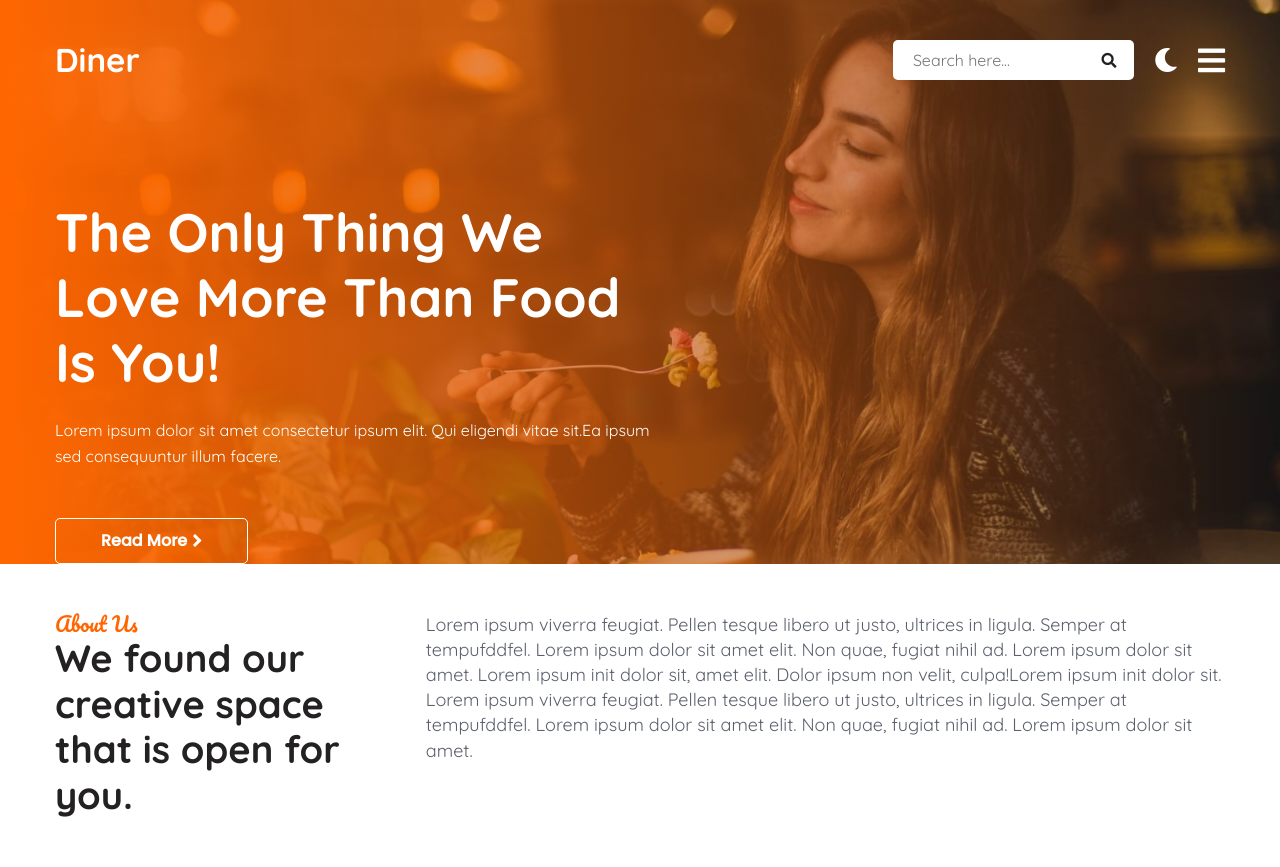
Repository: baobaodeveloper/bootscap21_project_AnhBao_VietToan_VietDuc
Page: index.html
An editor plug-in stored every save of this project. The page is shown before and after the next save, followed by the edit.
The browser window is 1280 px wide. The pictures show the whole page.
Backgrounds fixed to the window are drawn as part of the page.

Above is the page before, as saved 2022-03-03 09:17:29.

### index.html
<!DOCTYPE html>
<html lang="en">
  <head>
    <meta charset="UTF-8" />
    <meta http-equiv="X-UA-Compatible" content="IE=edge" />
    <meta name="viewport" content="width=device-width, initial-scale=1.0" />

    <!-- fontawesome link cdn -->
    <link
      rel="stylesheet"
      href="https://cdnjs.cloudflare.com/ajax/libs/font-awesome/5.15.4/css/all.min.css"
      integrity="sha512-1ycn6IcaQQ40/MKBW2W4Rhis/DbILU74C1vSrLJxCq57o941Ym01SwNsOMqvEBFlcgUa6xLiPY/NS5R+E6ztJQ=="
      crossorigin="anonymous"
      referrerpolicy="no-referrer"
    />

    <!-- font -->
    <link rel="preconnect" href="https://fonts.googleapis.com" />
    <link rel="preconnect" href="https://fonts.gstatic.com" crossorigin />
    <link
      href="https://fonts.googleapis.com/css2?family=Pacifico&family=Poppins:wght@300;400;500&family=Quicksand:wght@300;400;500;600;700&display=swap"
      rel="stylesheet"
    />

    <link rel="stylesheet" href="style.css" />
    <title>Diner</title>
  </head>
  <body>
    <header class="header">
      <div class="header__wrapper container">
        <div class="header__top">
          <a class="header__logo" href="#">Diner</a>

          <div class="header__navbar">
            <form class="navbar__search">
              <input type="search" placeholder="Search here..." id="search" />
              <label for="search" class="fas fa-search"></label>
            </form>

            <div class="mode__container">
              <i class="fas fa-sun" id="dark"></i>
              <i class="fas fa-moon" id="light"></i>
            </div>

            <div class="fa fa-bars" id="menu-button"></div>
          </div>

          <nav class="navbar__list">
            <i class="fas fa-times" id="close-button"></i>
            <a href="#">home</a>
            <a href="#">about</a>
            <a href="#">services</a>
            <a href="#">blogs</a>
            <a href="#">404</a>
            <a href="#">landing page</a>
            <a href="#">contact</a>
            <a href="#">shot codes</a>
            <a href="#">email</a>
          </nav>
        </div>

        <div class="header__content">
          <h2>the only thing we love more than food is you!</h2>
          <p>
            Lorem ipsum dolor sit amet consectetur ipsum elit. Qui eligendi
            vitae sit.Ea ipsum sed consequuntur illum facere.
          </p>
          <a href="#" class="btn"
            >read more <i class="fas fa-angle-right"></i
          ></a>
        </div>
      </div>
    </header>

    <section class="about container pad-med">
      <div class="heading">
        <span>about us</span>
        <h3>We found our creative space that is open for you.</h3>
      </div>

      <div class="text">
        <p>
          Lorem ipsum viverra feugiat. Pellen tesque libero ut justo, ultrices
          in ligula. Semper at tempufddfel. Lorem ipsum dolor sit amet elit. Non
          quae, fugiat nihil ad. Lorem ipsum dolor sit amet. Lorem ipsum init
          dolor sit, amet elit. Dolor ipsum non velit, culpa!Lorem ipsum init
          dolor sit.
        </p>

        <p>
          Lorem ipsum viverra feugiat. Pellen tesque libero ut justo, ultrices
          in ligula. Semper at tempufddfel. Lorem ipsum dolor sit amet elit. Non
          quae, fugiat nihil ad. Lorem ipsum dolor sit amet.
        </p>
      </div>
    </section>

    <script src="app.js"></script>
  </body>
</html>

### style.css
* {
  padding: 0;
  margin: 0;
  box-sizing: border-box;
}

:root {
  --primary-font: "Quicksand", sans-serif;
  --secondary-font: "Pacifico", cursive;
  --third-font: "Poppins", sans-serif;
  --primary-color: #ff6600;
  --title-color: #232121;
  --white-color: #fff;
  --text-color: #161c2db3;
  --price-color: #ffc600;
}

img {
  display: block;
  max-width: 100%;
}

button,
input {
  display: inline-block;
  border: none;

  font-family: var(--primary-font);
  font-size: 1.6rem;

  outline: none;
}

a {
  display: inline-block;
  text-decoration: none;
}

html {
  font-size: 62.5%;
}

.container {
  max-width: 1200px;
  margin: 0 auto;
  padding: 0 1.5rem;
}

body {
  color: var(--title-color);

  font-family: var(--primary-font);
  font-size: 1.8rem;
  line-height: 1.2;
}

.pad-med {
  padding-top: 4.8rem;
  padding-bottom: 4.8rem;
}

.heading span {
  color: var(--primary-color);

  font-family: var(--secondary-font);
  font-size: 2rem;
  text-transform: capitalize;
}

.heading h3 {
  font-size: 3.8rem;
}

.text {
  color: var(--text-color);

  font-size: 1.8rem;
  line-height: 1.4;
}

.btn {
  display: inline-flex;
  align-items: center;
  padding: 1.2rem 4.5rem;
  border-radius: 0.5rem;
  border: 1.5px solid var(--white-color);

  color: var(--white-color);
  background-color: transparent;

  font-family: var(--third-font);
  font-size: 1.6rem;
  text-transform: capitalize;
  font-weight: bold;

  transition: 0.4s linear;
}

.btn i {
  display: inline-block;
  margin-left: 0.5rem;

  font-size: 2rem;
}

.btn:hover {
  background-color: var(--white-color);
  color: var(--primary-color);
}

/* header section starts */
#dark {
  display: none;
}

.header {
  background-image: linear-gradient(to right, #ff6600, hsl(30deg 100% 1% / 20%)),
    url(./image/banner1.jpg);

  background-size: cover;
  background-repeat: no-repeat;
  background-attachment: fixed;

  min-height: 70vh;
}

.header__top {
  display: flex;
  justify-content: space-between;
  padding-top: 4rem;
  padding-bottom: 2rem;
}

.header__logo {
  color: var(--white-color);

  font-size: 3.3rem;
  font-weight: bold;
}

.navbar__search {
  position: relative;
}

.navbar__search input {
  padding: 1rem 5rem 1rem 2rem;

  border-radius: 0.5rem;

  color: var(--text-color);
}

.navbar__search label {
  position: absolute;
  top: 50%;
  right: 2.5rem;

  transform: translate(50%, -50%);

  font-size: 1.5rem;

  cursor: pointer;
}

.header__navbar {
  display: flex;
  justify-content: space-between;
  align-items: center;
  gap: 2rem;
}

.mode__container,
#menu-button {
  color: var(--white-color);

  cursor: pointer;
}

.mode__container {
  font-size: 2.4rem;
}

#menu-button {
  font-size: 3.1rem;
}

.header__content {
  max-width: 60rem;
  margin-top: 10rem;

  color: var(--white-color);
}

.header__content h2 {
  font-size: 5.4rem;

  text-transform: capitalize;
}

.header__content p {
  margin: 2.4rem 0 4.8rem;

  font-size: 1.6rem;
  line-height: 1.6;
}

.navbar__list {
  position: fixed;
  top: 0;
  left: 0;
  width: 100vw;
  height: 100vh;
  z-index: 20;

  display: flex;
  flex-direction: column;
  align-items: center;
  justify-content: center;

  visibility: hidden;
  opacity: 0;
  transform: scale(0.9);

  background-color: rgb(6 3 0 / 77%);

  transition: transform 0.3s, opacity 0.9s, visibility 0s 0.4s;
}

.navbar__list.active {
  visibility: visible;
  opacity: 1;
  transform: scale(1);

  transition: transform 0.4s, opacity 0.4s;
}

.navbar__list a {
  margin: 1.5rem 0;

  color: var(--white-color);

  text-transform: capitalize;
  font-family: var(--third-font);
  font-size: 2rem;
  font-weight: 600;

  transition: 0.2s linear;
}

.navbar__list a:hover {
  color: var(--primary-color);
}

#close-button {
  position: absolute;
  top: 3rem;
  right: 3rem;
  z-index: 25;

  width: 3.5rem;
  height: 3.5rem;
  border-radius: 0.5rem;

  color: var(--white-color);
  background-color: var(--primary-color);

  line-height: 3.5rem;
  text-align: center;
  font-size: 1.6rem;

  cursor: pointer;
}

/* header section ends */

/* about section starts */
.about {
  display: flex;
}

.about .text {
  padding-left: 5rem;
}

/* about section ends */

/* media query */

@media screen and (max-width: 767px) {
  html {
    font-size: 55%;
  }

  .header {
    background-position: center;

    min-height: 50vh;
  }
}

### app.js
const menuBtn = document.getElementById("menu-button");
const navList = document.querySelector(".navbar__list");
const closBtn = document.getElementById("close-button");
menuBtn.addEventListener("click", () => {
  navList.classList.add("active");
});

closBtn.addEventListener("click", () => {
  navList.classList.remove("active");
});

After the next save:
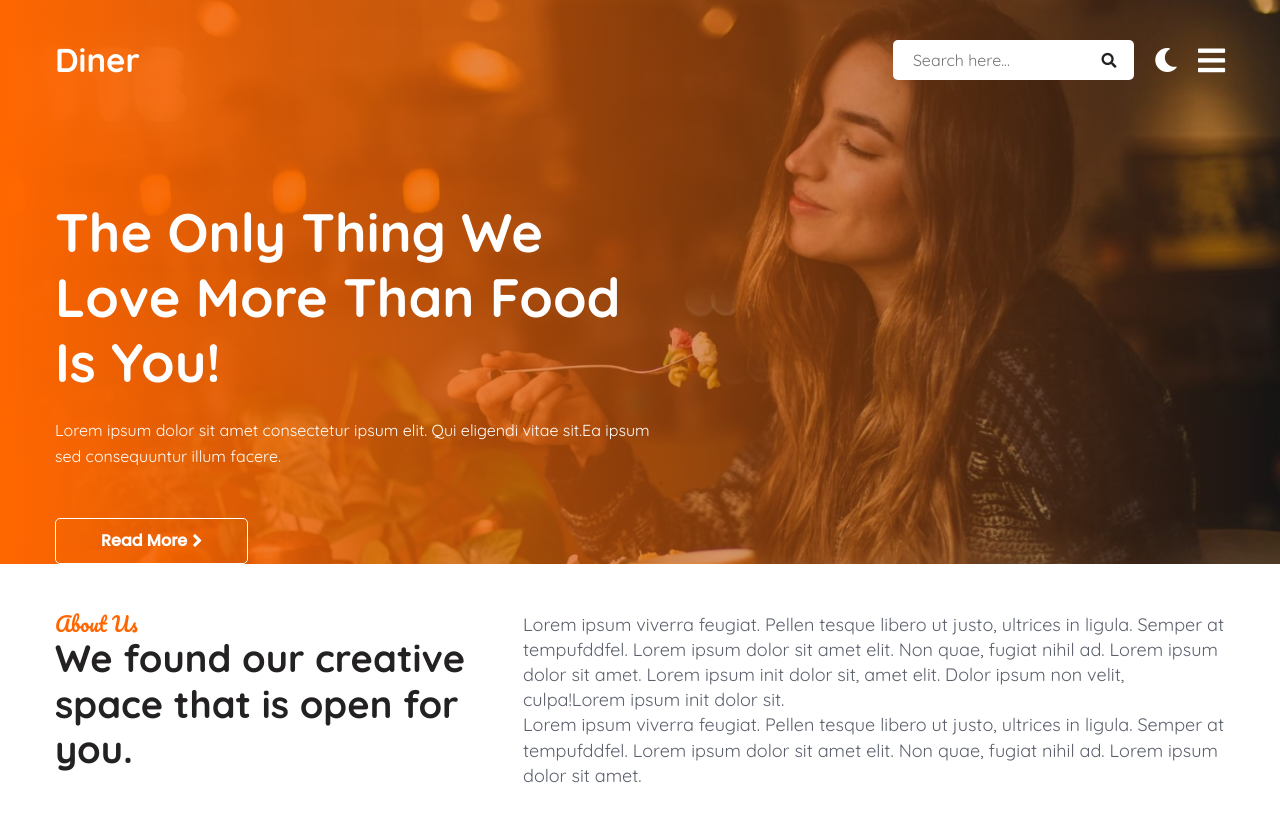
Saved 42 s later.
--- a/style.css
+++ b/style.css
@@ -278,8 +278,12 @@ body {
   display: flex;
 }
 
+.about .heading {
+  width: 40%;
+}
+
 .about .text {
-  padding-left: 5rem;
+  width: 60%;
 }
 
 /* about section ends */
